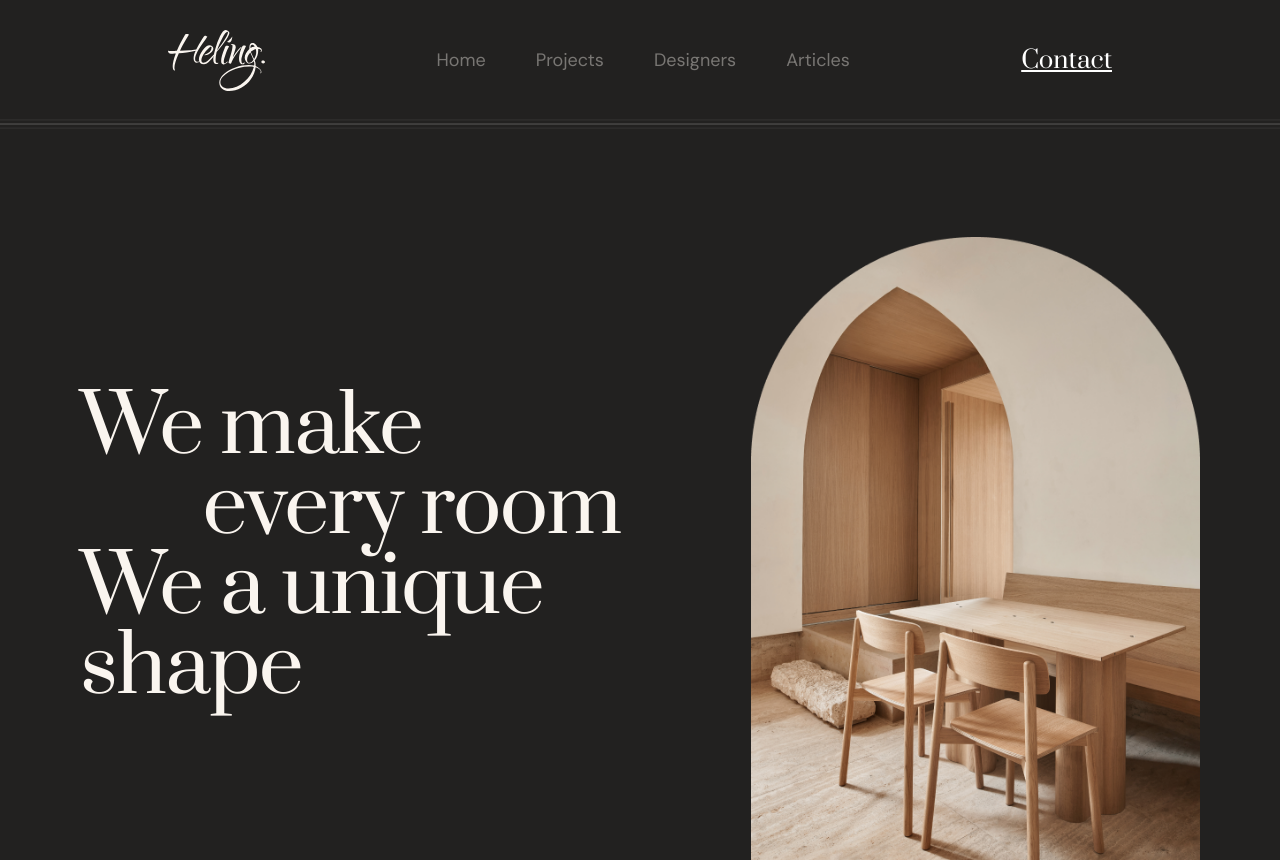
Repository: vandangnhathung/healingui_website
Page: /
The author's editor kept a copy of each file at every save. The page is drawn from the files as they stood at one save, then again after the next save.
The browser window is 1280 px wide. The pictures show the whole page.
The project was rebuilt for these pictures with package versions that can differ from the ones it lists, and the page was loaded fresh each time.

Above is the page before, as saved 2022-03-16 13:25:29.

### src/App.js
import "./App.css";
import Container from "./components/Container/Container";
import Header from "./components/Header/Header";
function App() {
  return (
    <div className="max-w-[1600px]">
      <Header></Header>
      <Container></Container>
    </div>
  );
}

export default App;

### src/App.css
.App {
  text-align: center;
}

.App-logo {
  height: 40vmin;
  pointer-events: none;
}

@media (prefers-reduced-motion: no-preference) {
  .App-logo {
    animation: App-logo-spin infinite 20s linear;
  }
}

.App-header {
  background-color: #282c34;
  min-height: 100vh;
  display: flex;
  flex-direction: column;
  align-items: center;
  justify-content: center;
  font-size: calc(10px + 2vmin);
  color: white;
}

.App-link {
  color: #61dafb;
}

@keyframes App-logo-spin {
  from {
    transform: rotate(0deg);
  }
  to {
    transform: rotate(360deg);
  }
}

*,
*::before,
*::after {
  box-sizing: border-box;
}
* {
  margin: 0;
}

html,
body {
  height: 100%;
}
body {
  line-height: 1.5;
  -webkit-font-smoothing: antialiased;
  -webkit-tap-highlight-color: rgba(0, 0, 0, 0);
}

img,
picture,
video,
canvas,
svg {
  display: block;
  max-width: 100%;
}
input,
button,
textarea,
select {
  font: inherit;
  outline: none;
  border: none;
}
p,
h1,
h2,
h3,
h4,
h5,
h6 {
  overflow-wrap: break-word;
}

### src/components/Container/Container.js
import React from "react";
import styled from "styled-components";
import Image1 from "../../Images/Image1.png";
const Container = () => {
  const StyledContainer = styled.div`
    background-color: #222120;
    @import url("https://fonts.googleapis.com/css2?family=DM+Sans:wght@400;500;700&display=swap");
    font-family: "DM Sans", sans-serif;
    @import url("https://fonts.googleapis.com/css2?family=Prata&display=swap");
  `;
  const Container = styled.div`
    padding: 108px 80px 0;
    display: flex;
    align-items: center;
    justify-content: space-between;
    gap: 30px;
  `;
  const Slogan = styled.h2`
    letter-spacing: -0.02em;
    font-size: 80px;
    line-height: 1;
    font-family: "Prata", serif;
    color: #faf5ef;
    max-width: 725px;
    font-weight: 400;
  `;
  const Image1Div = styled.img`
    width: auto;
    height: auto;
  `;
  return (
    <StyledContainer>
      <Container>
        <div>
          <Slogan>
            We make <span className="opacity-0">We</span>every room{" "}
            <span className="">We</span> a unique shape
          </Slogan>
        </div>
        <div>
          <Image1Div src={Image1} alt="" />
        </div>
      </Container>
    </StyledContainer>
  );
};

export default Container;

### src/components/Header/Header.js
import React from "react";
import styled from "styled-components";
import headerLine from "../../Images/header-line.png";
const Header = () => {
  const StyledHeader = styled.div`
    background-color: #222120;
    @import url("https://fonts.googleapis.com/css2?family=DM+Sans:wght@400;500;700&display=swap");
    font-family: "DM Sans", sans-serif;
    @import url("https://fonts.googleapis.com/css2?family=Prata&display=swap");
  `;
  const Header = styled.div`
    display: flex;
    justify-content: space-between;
    align-items: center;
    padding: 30px 168px 28px;
  `;
  const ListNav = styled.ul`
    color: #faf5ef;
    opacity: 0.4;
    font-weight: 400;
    font-size: 18px;
    line-height: 0.6;
    display: flex;
    align-items: center;
    list-style: none;
    gap: 0 50px;
  `;
  const ItemNav = styled.li`
    cursor: pointer;
  `;
  const ContactDiv = styled.h3`
    font-family: "Prata", serif;
  `;
  return (
    <StyledHeader>
      <Header>
        <div>
          <svg
            width="97"
            height="61"
            viewBox="0 0 97 61"
            fill="none"
            xmlns="http://www.w3.org/2000/svg"
          >
            <path
              d="M0.241098 20.6943L1.38631 20.9951C5.56534 20.9951 8.05669 20.9349 8.86035 20.8146C11.1106 15.6009 13.8832 10.1667 17.1782 4.51183C17.4595 4.23109 18.1426 4.09073 19.2276 4.09073C20.3125 4.09073 20.855 4.35141 20.855 4.87278L17.9618 9.50493C15.5508 13.5957 13.5618 17.3254 11.9946 20.6943L21.9399 20.213C23.4267 20.1328 25.5162 19.8922 28.2085 19.4911C29.856 16.2827 31.6039 13.2147 33.4523 10.287C35.3008 7.3192 36.4661 5.8353 36.9483 5.8353C37.4305 5.8353 37.9327 5.95562 38.4551 6.19625C39.0177 6.39678 39.299 6.61736 39.299 6.85799C38.8569 7.45956 38.3547 8.14135 37.7921 8.90335C37.2697 9.66535 36.7272 10.4274 36.1647 11.1893C30.1372 19.2104 27.1235 25.1861 27.1235 29.1164C27.1235 30.9211 27.8468 31.8235 29.2934 31.8235L31.3427 31.5227C31.4633 31.5227 31.5236 31.5628 31.5236 31.643C31.5236 31.8435 31.1619 32.0641 30.4386 32.3047C29.7153 32.5855 29.1528 32.7258 28.7509 32.7258C27.8267 32.7258 27.0632 32.3248 26.4605 31.5227C25.8979 30.7206 25.6167 29.7179 25.6167 28.5148C25.6167 26.2288 26.2998 23.6621 27.666 20.8146C21.1563 22.3787 15.5508 23.1607 10.8494 23.1607C7.91605 29.6177 6.44937 34.4303 6.44937 37.5986C6.44937 38.5611 6.56992 39.263 6.81102 39.7041C7.05211 40.1453 7.17266 40.406 7.17266 40.4862C7.17266 40.5664 7.07221 40.6065 6.87129 40.6065C5.4247 40.6065 4.70141 39.1026 4.70141 36.0947C4.70141 33.0868 5.74617 28.8757 7.83568 23.4615C5.50507 23.622 3.87766 23.7022 2.95345 23.7022C0.984483 23.7022 0 22.7597 0 20.8748C0 20.7544 0.0803659 20.6943 0.241098 20.6943Z"
              fill="#FAF5EF"
            />
            <path
              d="M46.2833 24.1834C46.5244 24.1834 46.6449 24.2837 46.6449 24.4842C46.6449 24.6446 46.6047 24.8051 46.5244 24.9655C42.3052 31.1016 38.8092 34.1696 36.0366 34.1696C32.6211 34.1696 30.9133 32.5855 30.9133 29.4172C30.9133 26.9707 32.1188 24.003 34.5297 20.5138C36.9809 17.0247 39.3517 15.2801 41.6421 15.2801C42.6065 15.2801 43.4504 15.6009 44.1737 16.2426C44.9371 16.8442 45.3189 17.5861 45.3189 18.4684C45.3189 19.9924 44.3746 21.4964 42.486 22.9803C40.5974 24.4642 38.7691 25.2061 37.001 25.2061C36.6394 25.2061 36.4585 25.1259 36.4585 24.9655L36.6394 24.6647C41.2604 23.2209 43.5709 20.8547 43.5709 17.5661C43.5709 17.0848 43.4102 16.8442 43.0887 16.8442C42.6065 16.8442 41.8029 17.3054 40.6777 18.2278C38.7088 19.832 37.001 21.8373 35.5544 24.2436C34.1078 26.6499 33.3845 28.6752 33.3845 30.3195C33.3845 31.9638 34.0074 32.786 35.253 32.786C36.6594 32.786 38.2467 32.044 40.0147 30.5602C41.1398 29.5174 42.4458 28.1939 43.9326 26.5897C45.4595 24.9855 46.2431 24.1834 46.2833 24.1834Z"
              fill="#FAF5EF"
            />
            <path
              d="M49.0196 33.0868L49.984 32.786C50.1849 32.786 50.2854 32.8863 50.2854 33.0868C50.2854 33.7285 49.5822 34.0493 48.1758 34.0493C46.247 34.0493 45.2826 32.4451 45.2826 29.2367C45.2826 27.1111 45.9255 23.7423 47.2114 19.1302C48.4973 14.478 50.1247 10.1266 52.0936 6.07593C54.0626 2.02531 55.8307 0 57.3978 0C58.2818 0 59.1658 0.300787 60.0499 0.902364C60.9339 1.46384 61.3759 2.08547 61.3759 2.76726C61.3759 5.65483 57.1165 12.0717 48.5977 22.0177C47.9146 24.9855 47.573 27.5723 47.573 29.7781C47.573 31.9839 48.0552 33.0868 49.0196 33.0868ZM59.9293 2.58678C59.9293 2.10552 59.7887 1.86489 59.5074 1.86489C58.3019 1.86489 56.5539 4.01052 54.2635 8.30177C51.9731 12.5529 50.2251 16.6035 49.0196 20.4536C56.2928 10.9487 59.9293 4.9931 59.9293 2.58678Z"
              fill="#FAF5EF"
            />
            <path
              d="M64.165 6.73767C64.2454 6.73767 64.2856 6.83793 64.2856 7.03846L63.9842 8.78304C63.3814 11.2696 62.4572 12.5128 61.2116 12.5128C60.2873 12.5128 59.5641 12.2722 59.0417 11.7909C60.5686 10.7482 62.2764 9.06377 64.165 6.73767ZM61.0307 16.6035C59.7851 18.7291 58.5997 21.4362 57.4745 24.7248C56.3494 27.9734 55.7869 30.2193 55.7869 31.4625C55.7869 32.7058 56.048 33.3274 56.5704 33.3274C56.9321 33.3274 57.3942 33.1068 57.9567 32.6657C58.5193 32.2245 58.8609 31.9438 58.9814 31.8235C59.102 31.7032 59.2426 31.5828 59.4033 31.4625C59.5641 31.4625 59.6444 31.5427 59.6444 31.7032C59.6444 32.1844 59.0618 32.7459 57.8965 33.3876C56.7713 34.0694 55.9476 34.4103 55.4252 34.4103C53.8983 34.4103 53.1348 33.3074 53.1348 31.1016C53.1348 27.8129 54.3403 23.4214 56.7512 17.927C56.7512 17.7666 56.8517 17.4658 57.0526 17.0247C57.2937 16.5835 57.4745 16.3028 57.5951 16.1824C57.8764 15.9017 58.2581 15.7613 58.7403 15.7613C60.1467 15.7613 60.9102 16.0421 61.0307 16.6035Z"
              fill="#FAF5EF"
            />
            <path
              d="M78.0084 16.3629C78.0084 16.2025 77.9079 16.3028 77.707 16.6637C76.5819 18.7091 75.5773 21.1755 74.6933 24.0631C73.8092 26.9507 73.3672 28.8356 73.3672 29.7179C73.3672 32.1644 73.8092 33.3876 74.6933 33.3876C74.9745 33.3876 75.3362 33.187 75.7782 32.786C76.2604 32.425 76.4613 32.2446 76.381 32.2446C76.5015 32.2446 76.5618 32.405 76.5618 32.7258C76.5618 33.7686 75.959 34.2899 74.7535 34.2899C73.548 34.2899 72.6238 33.7485 71.9809 32.6657C71.338 31.6229 71.0165 30.119 71.0165 28.1538C71.0165 26.1887 71.5389 23.6019 72.5837 20.3935C73.6284 17.145 74.633 15.5207 75.5974 15.5207H75.8988C77.3052 15.5207 78.0084 15.8014 78.0084 16.3629ZM73.307 16.9645C73.3471 17.0046 73.3672 17.0848 73.3672 17.2051C73.3672 17.2853 73.2065 17.526 72.885 17.927C68.5453 23.1808 65.5315 27.6726 63.8439 31.4024L63.3014 32.9665C63.0603 33.4076 62.7589 33.6282 62.3973 33.6282C62.0356 33.6282 61.6338 33.5279 61.1918 33.3274C60.7498 33.1269 60.5288 32.8863 60.5288 32.6055C60.5288 31.9237 61.1918 29.5174 62.5178 25.3866C63.8439 21.2156 64.5069 18.0874 64.5069 16.002C64.5069 15.4405 64.3662 15.0996 64.085 14.9793C63.8037 14.859 63.5224 14.8189 63.2411 14.859C62.9598 14.859 62.8192 14.7587 62.8192 14.5582C62.8192 14.1972 63.1206 14.0168 63.7233 14.0168C66.4156 14.0168 67.7617 15.1197 67.7617 17.3254C67.7617 18.1676 66.7973 21.4362 64.8685 27.1312C66.6366 24.3639 68.3444 21.9776 69.9919 19.9724C71.6394 17.9671 72.7444 16.9645 73.307 16.9645Z"
              fill="#FAF5EF"
            />
            <path
              d="M86.7293 30.3797C87.3321 31.5026 87.6334 33.0066 87.6334 34.8915C87.6334 35.2926 87.6134 35.6736 87.5732 36.0345C89.2207 36.7163 90.5869 37.5986 91.6718 38.6815C92.797 39.7643 93.3595 40.787 93.3595 41.7495C93.3595 42.7521 93.1184 43.2534 92.6362 43.2534C92.5157 43.2534 92.4152 43.1331 92.3349 42.8925C92.6563 42.4513 92.817 42.0302 92.817 41.6292C92.817 40.787 92.2746 39.9448 91.1896 39.1026C90.1047 38.2604 88.9193 37.6387 87.6334 37.2377C87.1512 41.3685 85.6042 45.2587 82.9923 48.9083C80.4206 52.598 77.1658 55.5256 73.2278 57.6913C69.2899 59.8971 65.2515 61 61.1127 61C58.2999 61 55.9692 60.2179 54.1208 58.6538C52.2322 57.0897 51.2879 54.9241 51.2879 52.1568C51.2879 49.4296 52.835 46.6824 55.9291 43.9152C59.0232 41.188 62.8606 39.0223 67.4415 37.4181C71.9822 35.8139 76.4425 35.0118 80.8224 35.0118C82.8718 35.0118 84.6197 35.1923 86.0663 35.5533C86.227 35.072 86.3074 34.6308 86.3074 34.2298C86.3074 32.8662 86.1467 31.9037 85.8252 31.3422C84.2581 32.786 82.8316 33.5079 81.5457 33.5079C80.2599 33.5079 79.1347 32.8863 78.1704 31.643C77.206 30.3997 76.7238 29.0763 76.7238 27.6726C76.7238 24.8652 78.2708 21.9576 81.3649 18.9497C81.3649 16.6637 81.606 15.1197 82.0882 14.3176C82.6106 13.5154 83.5549 13.1144 84.9211 13.1144C86.3275 13.1144 87.8545 14.4379 89.502 17.0848C92.3951 17.6062 93.8417 18.669 93.8417 20.2732C93.8417 20.6341 93.7212 21.0151 93.4801 21.4162C93.2792 21.7771 93.0581 21.9576 92.817 21.9576C92.5759 21.9576 92.4554 21.8774 92.4554 21.717C92.8572 21.4362 93.0581 21.1154 93.0581 20.7544C93.0581 19.5513 92.0938 18.9497 90.165 18.9497C90.2052 19.2705 90.2253 19.6916 90.2253 20.213C90.2253 24.0631 89.0599 27.452 86.7293 30.3797ZM86.6691 16.784C86.1065 15.4605 85.2627 14.7988 84.1375 14.7988C83.0124 14.7988 82.4498 15.8817 82.4498 18.0473V18.1075C83.7759 17.2252 85.0216 16.784 86.1869 16.784H86.6691ZM88.2362 22.0177C88.2362 20.8948 88.0554 19.8922 87.6937 19.0099C87.0106 19.2505 86.0261 19.7117 84.7403 20.3935C83.4946 21.0352 82.8718 21.4964 82.8718 21.7771C82.8718 22.098 83.9366 24.4842 86.0663 28.9359C87.5129 26.8504 88.2362 24.5444 88.2362 22.0177ZM79.0745 29.6578C79.0745 31.7433 79.8781 32.786 81.4854 32.786C82.8918 32.786 84.2179 31.8034 85.4636 29.8383L82.3293 22.3787C81.4854 23.2209 80.722 24.3639 80.0389 25.8077C79.3959 27.2515 79.0745 28.5348 79.0745 29.6578ZM81.8471 36.5759C78.0297 36.5759 74.2726 37.0572 70.5758 38.0197C66.8789 39.0224 63.7246 40.2656 61.1127 41.7495C58.5008 43.2735 56.3912 44.9379 54.7838 46.7426C53.1765 48.5473 52.3729 50.3721 52.3729 52.217C52.3729 54.1019 53.0962 55.6058 54.5428 56.7288C55.9492 57.8918 57.9382 58.4734 60.5099 58.4734C66.0552 58.4734 71.3192 56.2676 76.3018 51.856C81.2443 47.4845 84.4188 42.4914 85.8252 36.8767C84.8608 36.6762 83.5348 36.5759 81.8471 36.5759Z"
              fill="#FAF5EF"
            />
            <path
              d="M95.1315 30.5C95.6137 30.5 96.0356 30.6604 96.3973 30.9813C96.7991 31.262 97 31.5828 97 31.9438C97 32.3448 96.7991 32.6857 96.3973 32.9665C96.0356 33.2472 95.674 33.3876 95.3123 33.3876C94.0265 33.3876 93.3835 32.8462 93.3835 31.7633C93.3835 30.9211 93.9662 30.5 95.1315 30.5Z"
              fill="#FAF5EF"
            />
          </svg>
        </div>
        <ListNav>
          <ItemNav>Home</ItemNav>
          <ItemNav>Projects</ItemNav>
          <ItemNav>Designers</ItemNav>
          <ItemNav>Articles</ItemNav>
        </ListNav>
        <ContactDiv className="text-2xl leading-7 text-white underline">
          Contact
        </ContactDiv>
      </Header>
      <img src={headerLine} alt="" />
    </StyledHeader>
  );
};

export default Header;

Loaded but not shown: public/index.html (common file); src/index.js (common file); src/index.css (common file); src/reportWebVitals.js (common file); tailwind.config.js (common file)

After the next save:
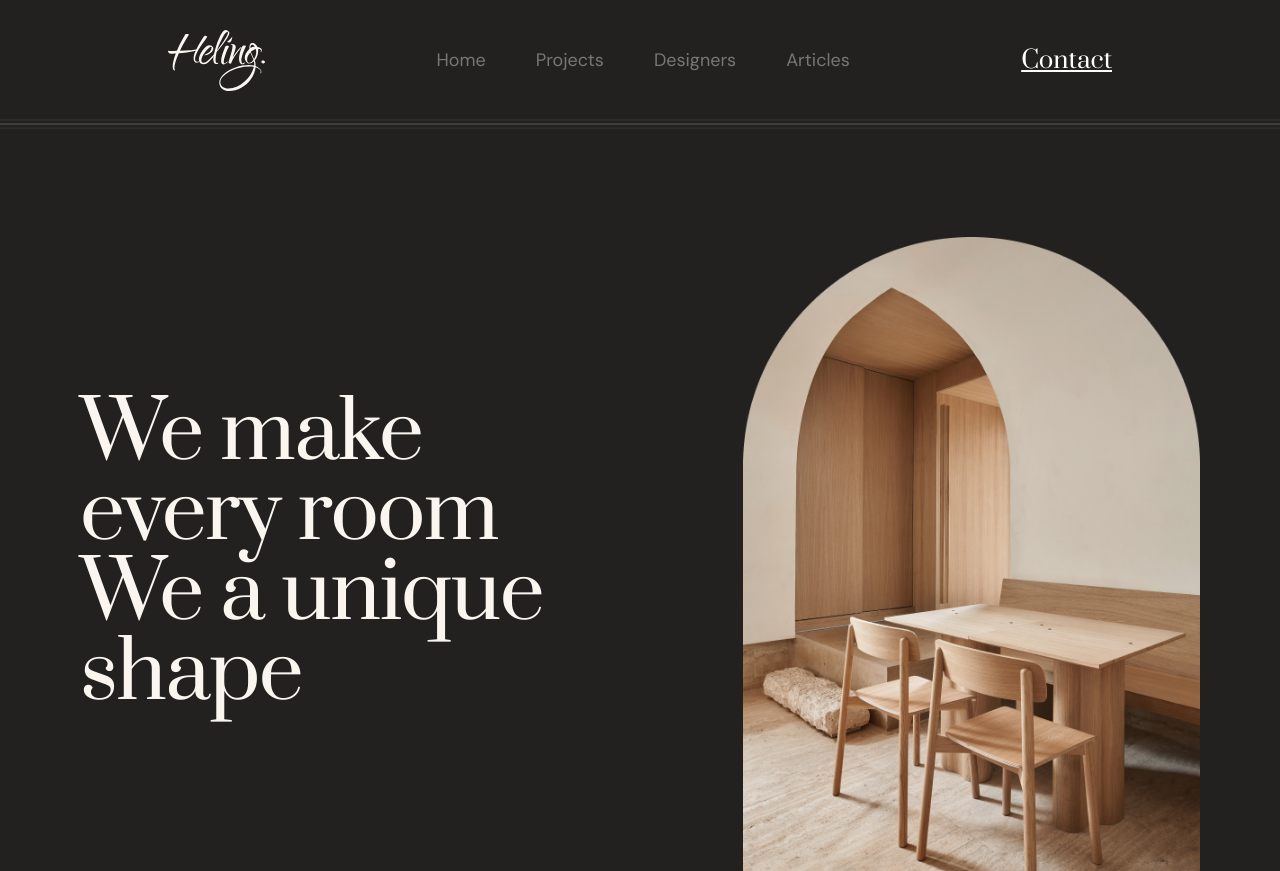
Saved 2 min 17 s later.
--- a/src/components/Container/Container.js
+++ b/src/components/Container/Container.js
@@ -33,7 +33,8 @@ const Container = () => {
       <Container>
         <div>
           <Slogan>
-            We make <span className="opacity-0">We</span>every room{" "}
+            We make <span className="opacity-0">We</span>
+            <div>every room</div>
             <span className="">We</span> a unique shape
           </Slogan>
         </div>
